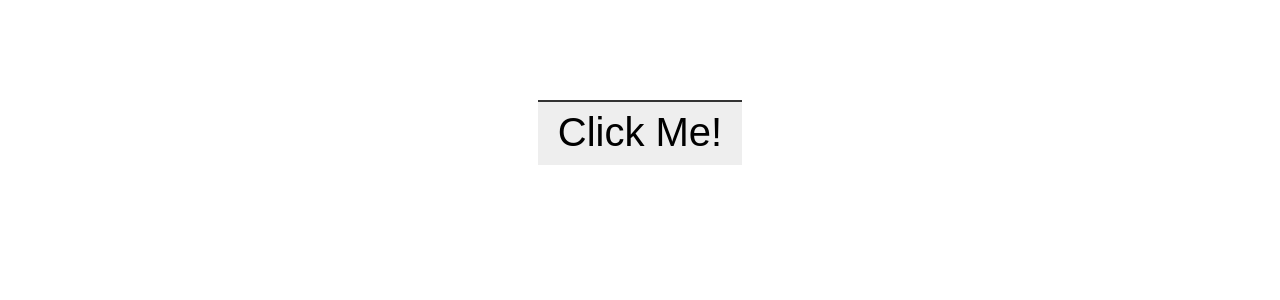
Repository: sayco/CSS-Front-End-Tutorials---Elzero
Page: 4-Create Tooltip In All Positions/index.html
An editor plug-in stored every save of this project. The page is shown before and after a run of saves, followed by the edit.
The browser window is 1280 px wide. The pictures show the whole page.

Above is the page before, as saved 2021-06-14 23:35:08.

### 4-Create Tooltip In All Positions/index.html
<!DOCTYPE html>
<html lang="en">
<head>
    <meta charset="UTF-8">
    <meta http-equiv="X-UA-Compatible" content="IE=edge">
    <meta name="viewport" content="width=device-width, initial-scale=1.0">
    <title>Create Tooltip In All Positions</title>
    <link rel="stylesheet" href="style.css">
</head>
<body>
    <button>
        Click Me!
        <span>This is the most valuable button</span>
    </button>
</body>
</html>

### 4-Create Tooltip In All Positions/style.css
*
{
    box-sizing: border-box;
    margin: 0px;
    padding: 0px;
}

body
{
    font-family: Arial, Helvetica, sans-serif;
    line-height: 1.4;
}

button
{
    margin: 100px auto;
    padding: 10px 20px;
    display: block;
    background-color: #eee;
    border: none;
    cursor: pointer;
    position: relative;
    font-size: 40px;
    overflow: hidden;
}

button span
{
    background-color: #333;
    color: white;
    position: absolute;
    left: 50%;
    transform: translateX(-50%);
    font-size: 18px;
    min-width: 240px;
    padding: 10px 15px;
    top: -60px;
    transition: .6s;
    opacity: 1;
}

button:hover span
{
    opacity: 0;
}

After the next 4 saves:
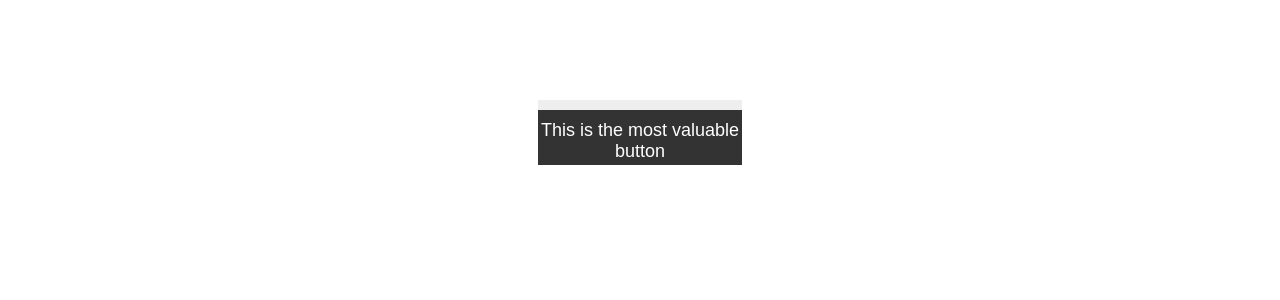
The 4 saves are shown as one change because they came seconds apart.
The last was saved 20 s later.
--- a/4-Create Tooltip In All Positions/style.css
+++ b/4-Create Tooltip In All Positions/style.css
@@ -34,12 +34,12 @@
     font-size: 18px;
     min-width: 240px;
     padding: 10px 15px;
-    top: -60px;
-    transition: .6s;
-    opacity: 1;
+    /* top: -60px; */
+    /* transition: .6s; */
+    /* opacity: 1; */
 }
 
 button:hover span
 {
-    opacity: 0;
+    /* opacity: 0; */
 }

After the save that followed:
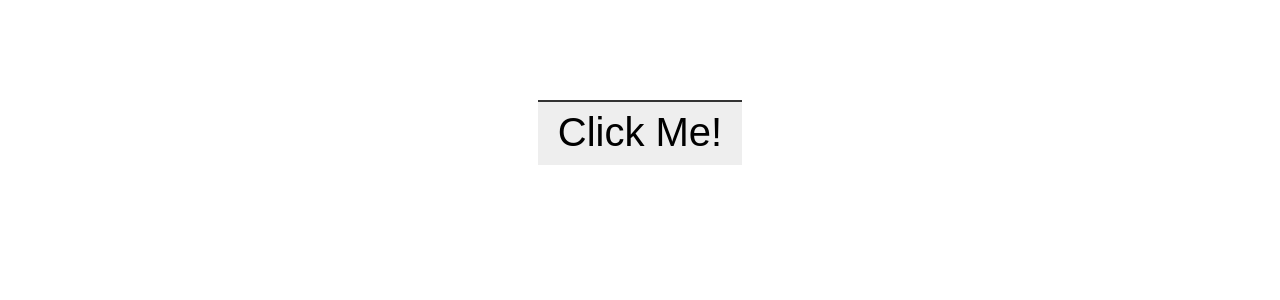
Saved 5 s later.
--- a/4-Create Tooltip In All Positions/style.css
+++ b/4-Create Tooltip In All Positions/style.css
@@ -34,7 +34,7 @@
     font-size: 18px;
     min-width: 240px;
     padding: 10px 15px;
-    /* top: -60px; */
+    top: -60px;
     /* transition: .6s; */
     /* opacity: 1; */
 }
